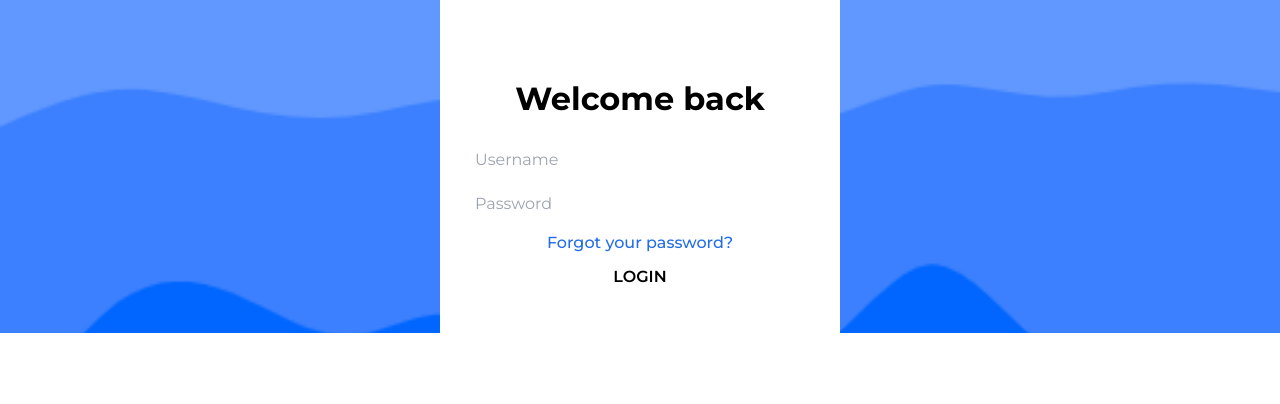
Repository: SatohJiro/CourseSale
Page: /
These files come from the project's save history. The page is drawn as it stood at one moment and after the next save; the edit follows.
The browser window is 1280 px wide. The pictures show the whole page.
The project was rebuilt for these pictures with package versions that can differ from the ones it lists, and the page was loaded fresh each time. Also part of the build but not shown: src/pages/Home/index.js, src/pages/Courses/index.js, src/layout/DefaultLayout/DefaultLayout.module.scss, src/layout/components/Header/Header.module.scss, src/layout/components/Header/index.js, src/layout/components/Sidebar/Sidebar.module.scss, src/layout/components/Sidebar/index.js, src/layout/DefaultLayout/index.js.

Above is the page before, as saved 2022-12-05 11:03:01.

After the next save:
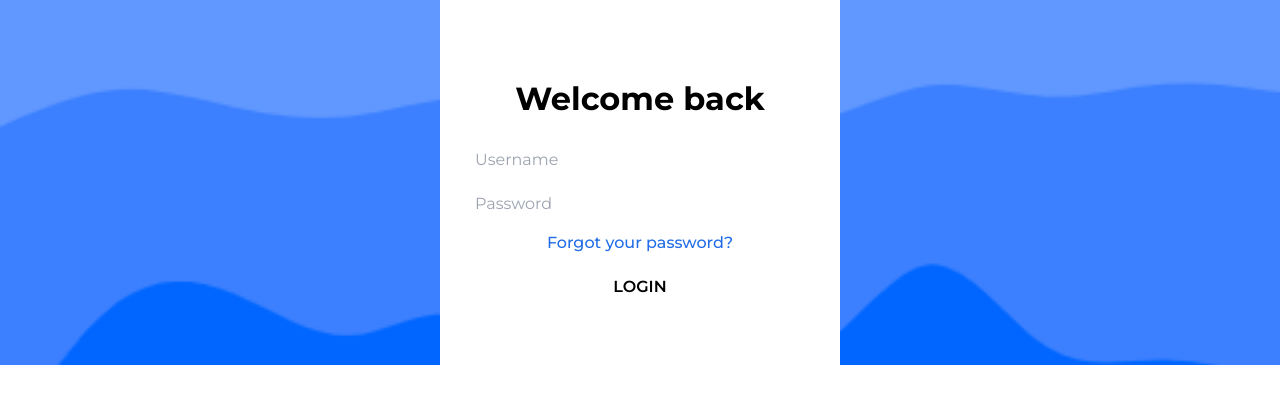
Saved 93 s later.
--- a/src/pages/Login/Login.jsx
+++ b/src/pages/Login/Login.jsx
@@ -12,7 +12,9 @@ const Login = () => {
             <a href="#" className="text-link font-medium">
               Forgot your password?
             </a>
-            <butotn className="uppercase font-semibold">Login</butotn>
+            <butotn className="uppercase font-semibold w-full h-[56px] py-4">
+              Login
+            </butotn>
           </form>
         </div>
       </div>
